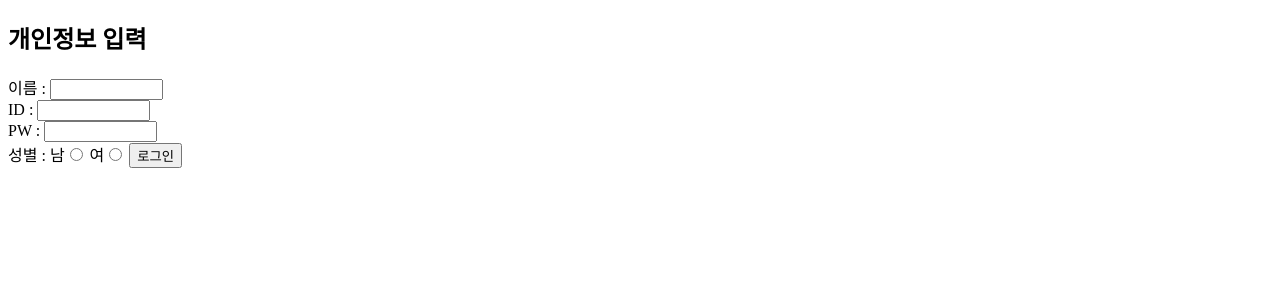
Repository: yoojinhee/JSP_study
Page: http://localhost/Test_JSP/testForm.jsp
An editor plug-in stored every save of this project. The page is shown before and after the next save, followed by the edit.
The browser window is 1280 px wide. The pictures show the whole page.
The page is served by Tomcat 9. Other server files are loaded and not shown.

Above is the page before, as saved 2020-05-07 00:04:41.

### Project/Test_JSP/WebContent/testForm.jsp
<%@ page language="java" contentType="text/html; charset=UTF-8"
    pageEncoding="UTF-8"%>
<!DOCTYPE html>
<html>
<head>
<meta charset="UTF-8">
<title>Insert title here</title>
</head>
<body>
<h2>개인정보 입력</h2>
<form action="">
이름 : <input type="text" name="name" value="" size="11"><br>
ID : <input type="text" name="id" value="" size="11"><br>
PW : <input type="password" name="password" value="" size="11"><br>
성별 :
	 남<input type="radio" name="gen" value="M">
	 여<input type="radio" name="gen" value="F">
	 <!-- 라디오 -> name이 같아야 동기화 -->

<input type="submit" value="로그인">
</form>
</body>
</html>

After the next save:
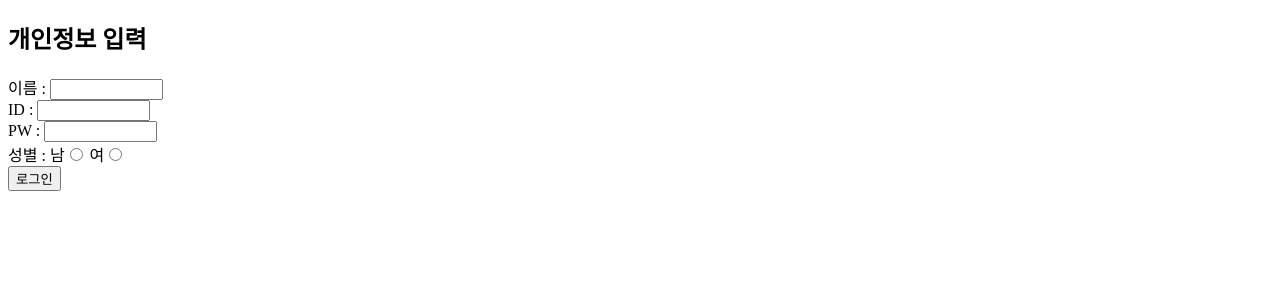
Saved 35 s later.
--- a/Project/Test_JSP/WebContent/testForm.jsp
+++ b/Project/Test_JSP/WebContent/testForm.jsp
@@ -14,7 +14,7 @@ ID : <input type="text" name="id" value="" size="11"><br>
 PW : <input type="password" name="password" value="" size="11"><br>
 성별 :
 	 남<input type="radio" name="gen" value="M">
-	 여<input type="radio" name="gen" value="F">
+	 여<input type="radio" name="gen" value="F"><br>
 	 <!-- 라디오 -> name이 같아야 동기화 -->
 
 <input type="submit" value="로그인">
